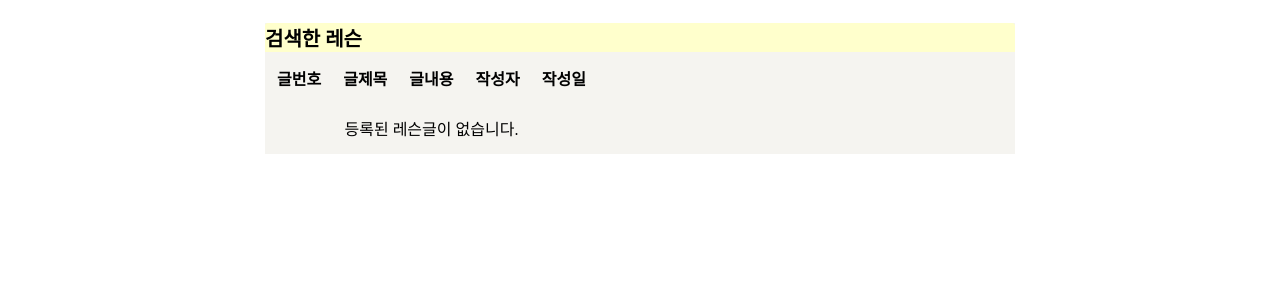
Repository: javadogfoot/semi-project
Page: http://localhost/tomato/admin/lessonKeywordFind_ok.jsp
These files come from the project's save history. The page is drawn as it stood at one moment and after the next save; the edit follows.
The browser window is 1280 px wide. The pictures show the whole page.
The page is served by Tomcat 9. Queries for data that is not in the repository find no rows.

Above is the page before, as saved 2021-10-18 17:53:21.

After the next save:
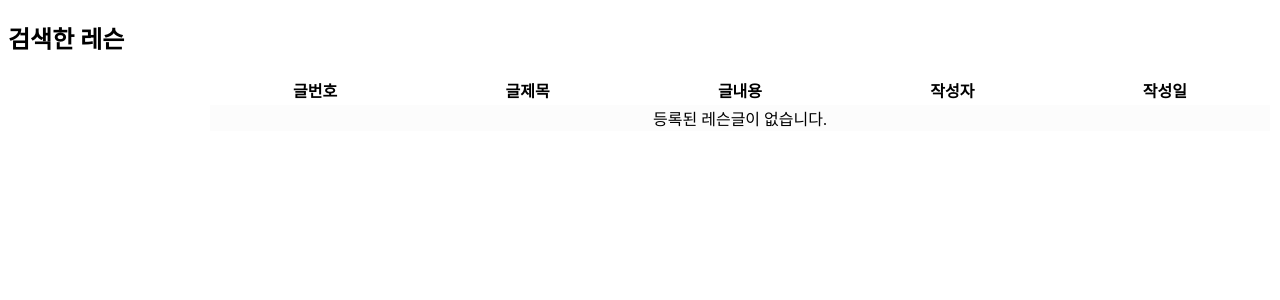
Saved 30 s later.
--- a/semi프로젝트워크스페이스/tomato/src/main/webapp/admin/lessonKeywordFind_ok.jsp
+++ b/semi프로젝트워크스페이스/tomato/src/main/webapp/admin/lessonKeywordFind_ok.jsp
@@ -13,51 +13,83 @@ String keyword=request.getParameter("keyword");
 <meta charset="UTF-8">
 <title>Insert title here</title>
 <style>
-.table-responsive {
-    width: 750px;
+#joinbtn1{
+   background-color: navy;
+   color: white;
+   font-weight: bold;
+   height:23px;
+   border: none;
+   margin:2px;
+}
+#joinbtn1:hover{
+   background: #f5f4f0;
+   color: navy;
+   font-weight: bold;
+   height:23px;
+   border: none;
+   margin:2px;
+}
+.sidebar {
+font-size : 3px;
+font-weight : bold;
+height: 500px;
+width: 200px;
+color: #999;
+background: #f5f4f0;
+}
+.sidebar a {
+padding: 15px 16px 15px 16px;
+text-decoration: none;
+font-size: 10pt;
+color: navy;
+display: block;
+border: 1px bold tomato;
+}
+.sidebar a:hover {
+color: tomato;
+}
+h3{
+   text-align: center;
+}
+li {
+   list-style-type: none;
+}
+h4 {
+   text-align: center;
    margin: 0px auto;
-   padding:15px;
+}
+aside {
+   width:200px;
+   float:left;
+}
+form {
+   text-align : center;
+}
+   table.table tr th, table.table tr td {
+       border-color: #e9e9e9;
+       width: 770px;
+       text-align: center;
     }
-.table-wrapper {
-
-      background: #f5f4f0;
-      margin: 0px auto;
-}
-.table-title {
-      background: #ffffcc;
-      color: #red;
-      margin: 0px auto;
-      border-radius: 3px 3px 0 0;
-}
-.table-title h2 {
-      font-size: 20px;
-      font-color: #e9e9e9;
-      margin: 0px auto;
-}
-table.table tr th, table.table tr td {
-        border-color: #e9e9e9;
-      padding: 12px 10px;
-      vertical-align: middle;
-}
-table.table-striped.table-hover tbody tr:hover {
-      background: #f5f5f5
-}
+    table.table-striped tbody tr:nth-of-type(odd) {
+       background-color: #fcfcfc;
+   }
+   table.table-striped.table-hover tbody tr:hover {
+      background: #f5f5f5;
+   }
+   table.table td a {
+      font-weight: bold;
+      color: #566787;
+      display: inline-block;
+      text-decoration: none;
+      outline: none !important;
+   }
 </style>
 </head>
 <body>
 <section>
    <article>
-      <div class="container">
-         <div class="table-responsive">
-        <div class="table-wrapper">
-        <div class="table-title">
-        <div class="row">
-        <div class="col-xs-5">
            <h2>검색한 <b>레슨</b></h2>
-        </div>
-        </div>
-        </div>
-            <table class="table table-striped table-hover">
+    <table class="table table-striped table-hover" style="margin-left:200px; margin-top:10px;">
             <thead>
             <tr>
                <th>글번호</th>
@@ -94,9 +126,6 @@ table.table-striped.table-hover tbody tr:hover {
             %>
          </tbody>
       </table>
-      </div>
-      </div>
-      </div>
    </article>
 </section>
 </body>
